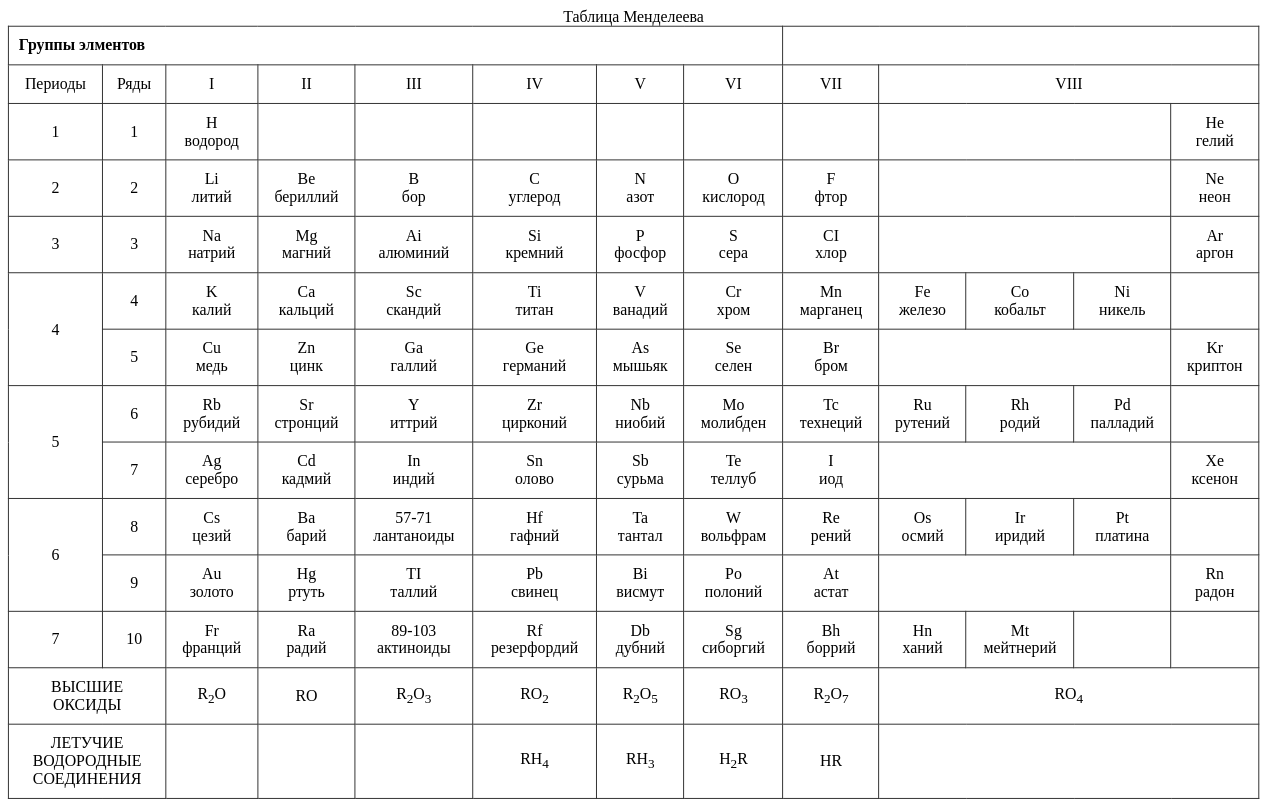
Repository: sannikovcode/exercises-a1
Page: JS/websites/01-periodic table/index.html
These files come from the project's save history. The page is drawn as it stood at one moment and after the next save; the edit follows.
The browser window is 1280 px wide. The pictures show the whole page, at 99% of full size.

Above is the page before, as saved 2025-10-17 19:53:28.

After the next save:
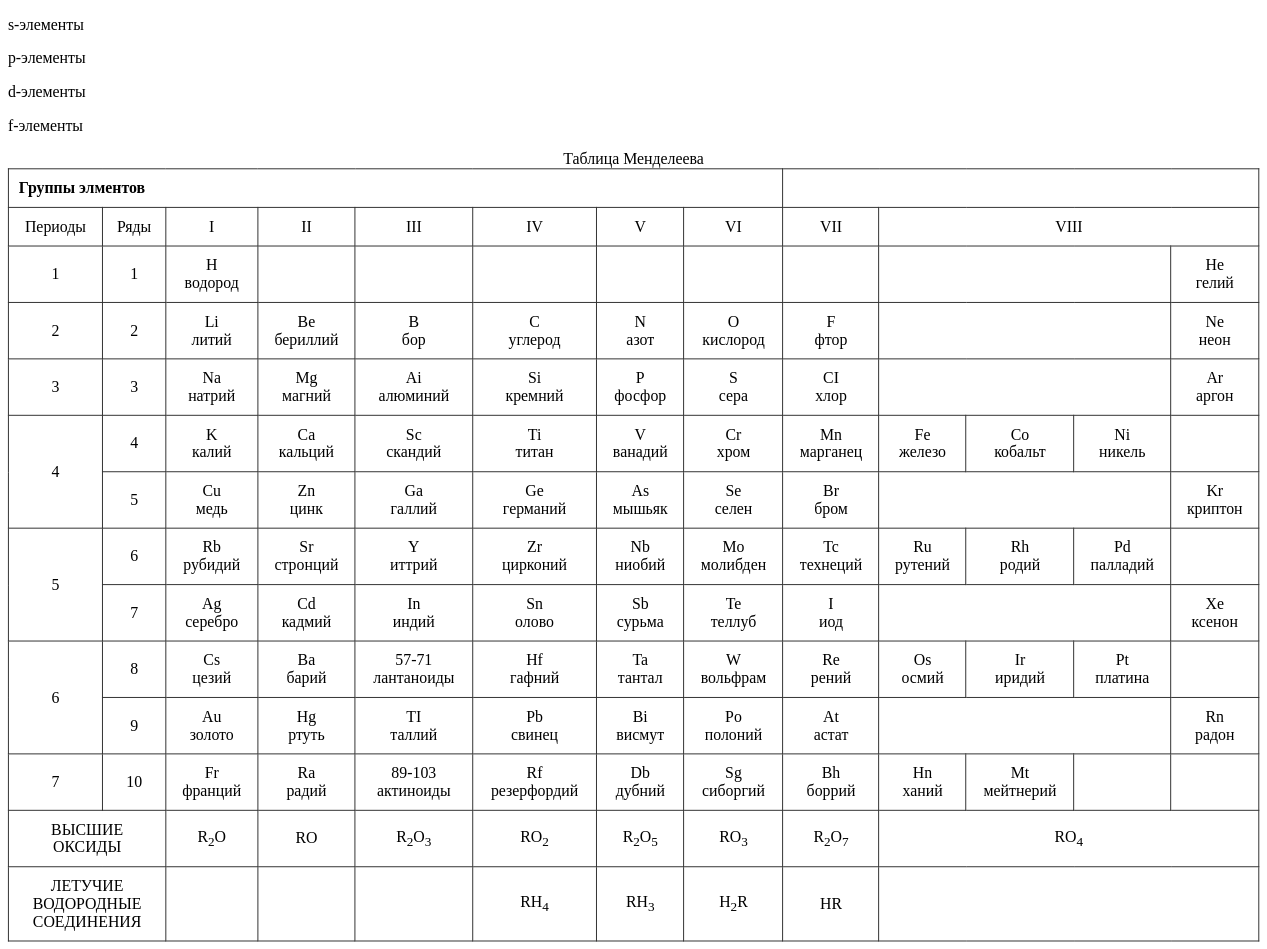
Saved 117 s later.
--- a/JS/websites/01-periodic table/index.html
+++ b/JS/websites/01-periodic table/index.html
@@ -191,6 +191,10 @@
             </tr>
         </tbody>
         <tfoot>
+            <p>s-элементы</p>
+            <p>p-элементы</p>
+            <p>d-элементы</p>
+            <p>f-элементы</p>
 
         </tfoot>
 
